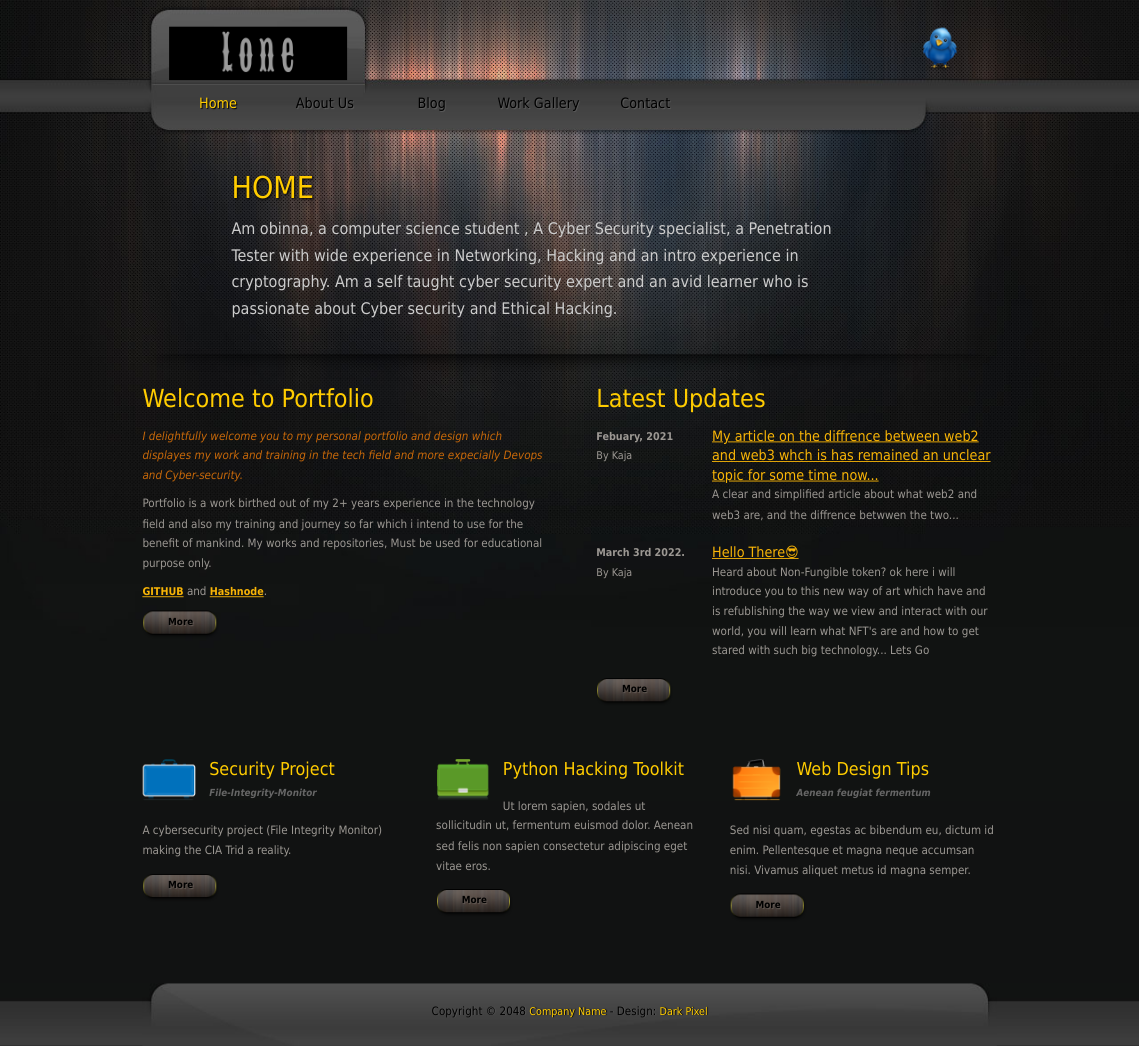
Repository: xenacode-art/Portfolio
Page: 2020_dark_pixel/index.html
These files come from the project's save history. The page is drawn as it stood at one moment and after the next save; the edit follows.
The browser window is 1280 px wide. The pictures show the whole page, at 89% of full size.
Pictures or frames that could not be fetched are drawn as grey boxes.

Above is the page before, as saved 2022-03-07 22:37:12.

After the next save:
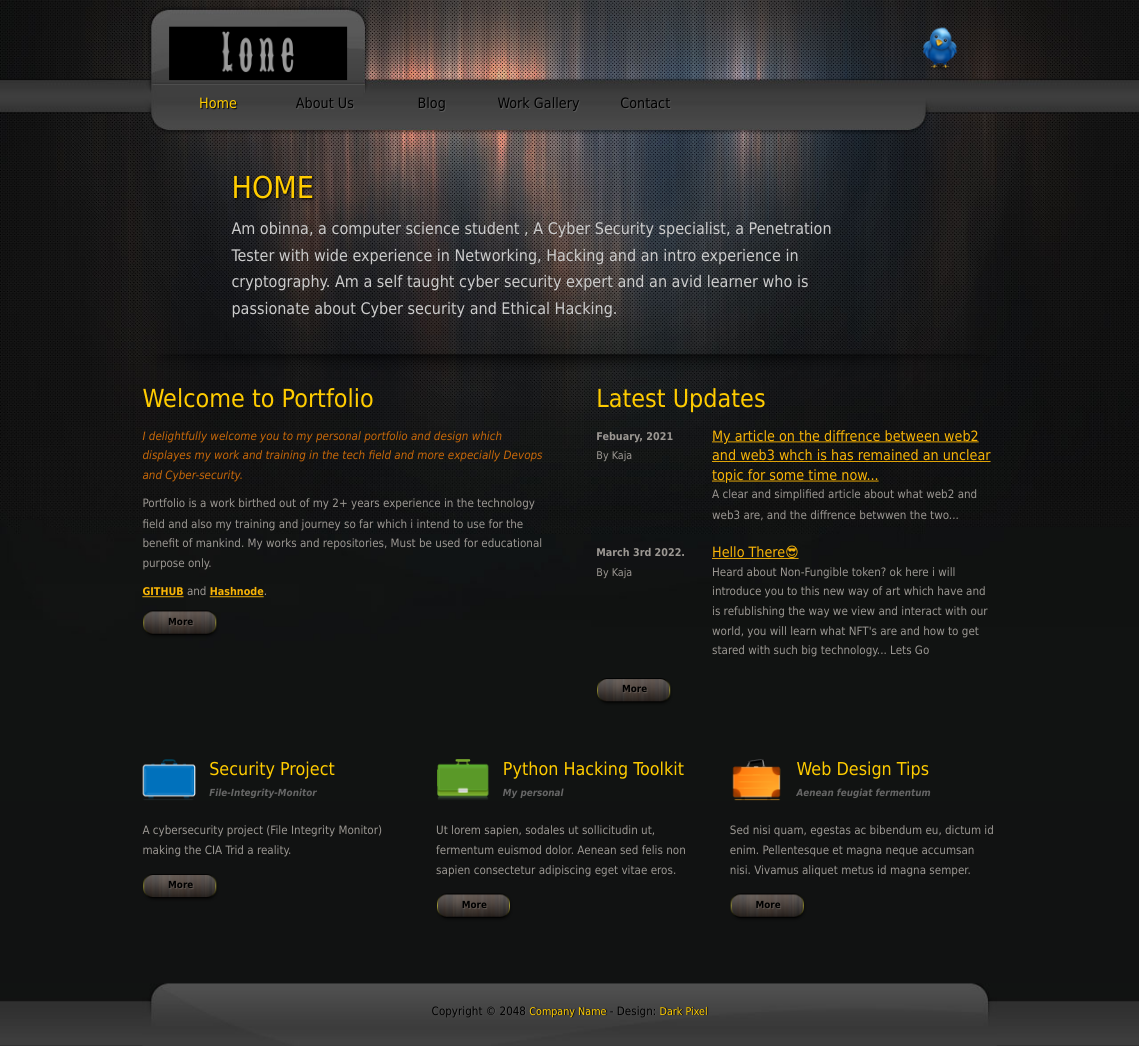
Saved 6 s later.
--- a/2020_dark_pixel/index.html
+++ b/2020_dark_pixel/index.html
@@ -102,7 +102,7 @@
 				<div class="col_allw300 frontpage_box">
                     <img src="images/tooplate_bc_green.png" alt="Image" />
                     <h2>Python Hacking Toolkit</h2>
-                    <span class="tagline"></span>
+                    <span class="tagline">My personal</span>
                     <p>Ut lorem sapien, sodales ut sollicitudin ut, fermentum euismod dolor. Aenean sed felis non sapien consectetur adipiscing eget vitae eros.</p>
                     <a class="more" href="https://github.com/xenacode-art/PythonHacking">More</a>
                 </div>
